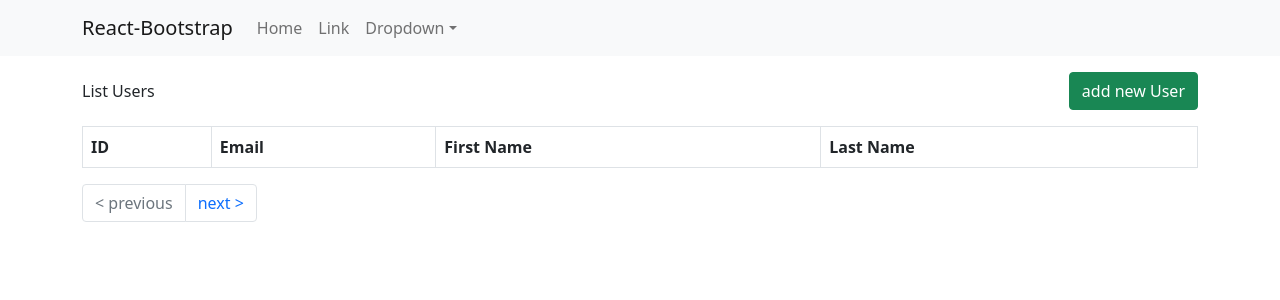
Repository: hieuche123/practice-reactjs
Page: /
The author's editor kept a copy of each file at every save. The page is drawn from the files as they stood at one save, then again after the next save.
The browser window is 1280 px wide. The pictures show the whole page.
The page's requests for data from a server got no answer. The project was rebuilt for these pictures with package versions that can differ from the ones it lists, and the page was loaded fresh each time. No one was signed in, and anything a server would have sent is missing.

Above is the page before, as saved 2023-03-21 23:02:21.

After the next save:
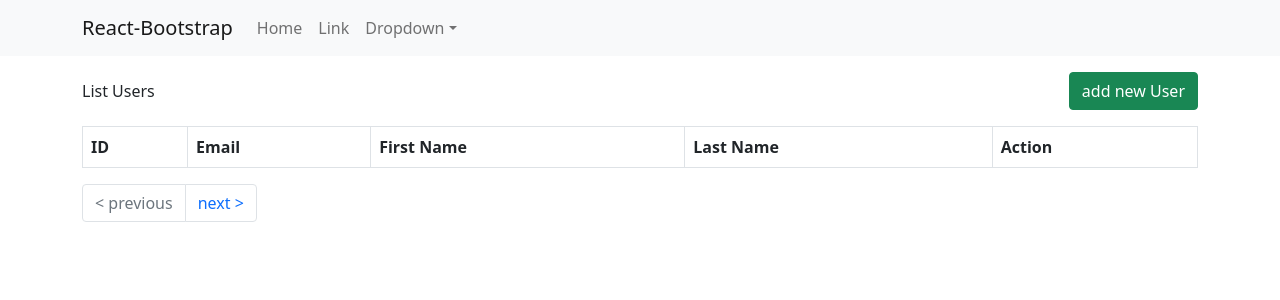
Saved 10 s later.
--- a/src/components/TableUsers.js
+++ b/src/components/TableUsers.js
@@ -50,6 +50,7 @@ function TableUsers(props) {
                     <th>Email</th>
                     <th>First Name</th>
                     <th>Last Name</th>
+                    <th>Action</th>
                     </tr>
                 </thead>
                 <tbody>
